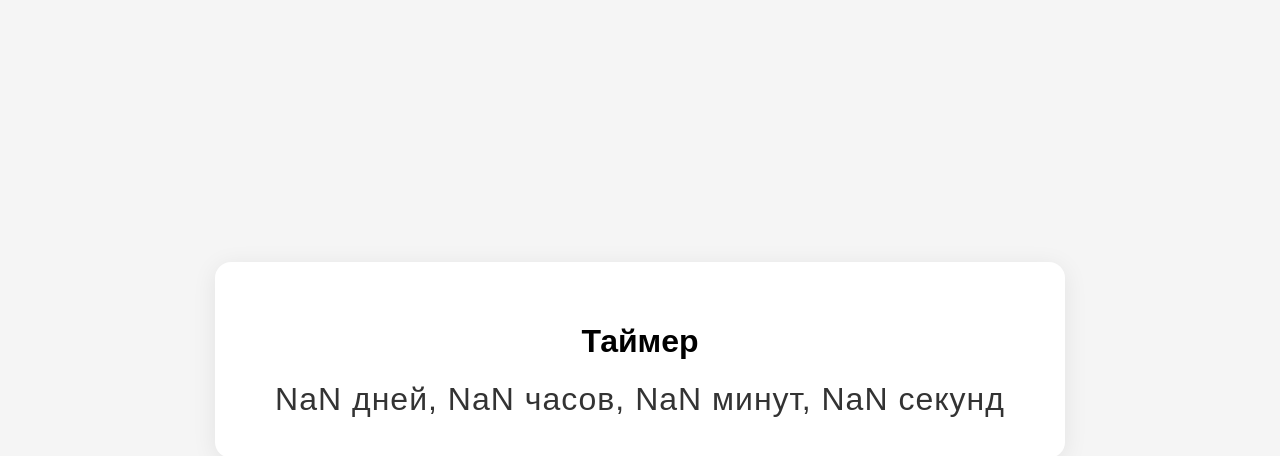
Repository: oncube-dev/OnCube-dev_website
Page: timer_from_Poli_video/app/templates/index.html
The author's editor kept a copy of each file at every save. The page is drawn from the files as they stood at one save, then again after the next save.
The browser window is 1280 px wide. The pictures show the whole page.

Above is the page before, as saved 2025-07-18 00:49:52.

After the next save:
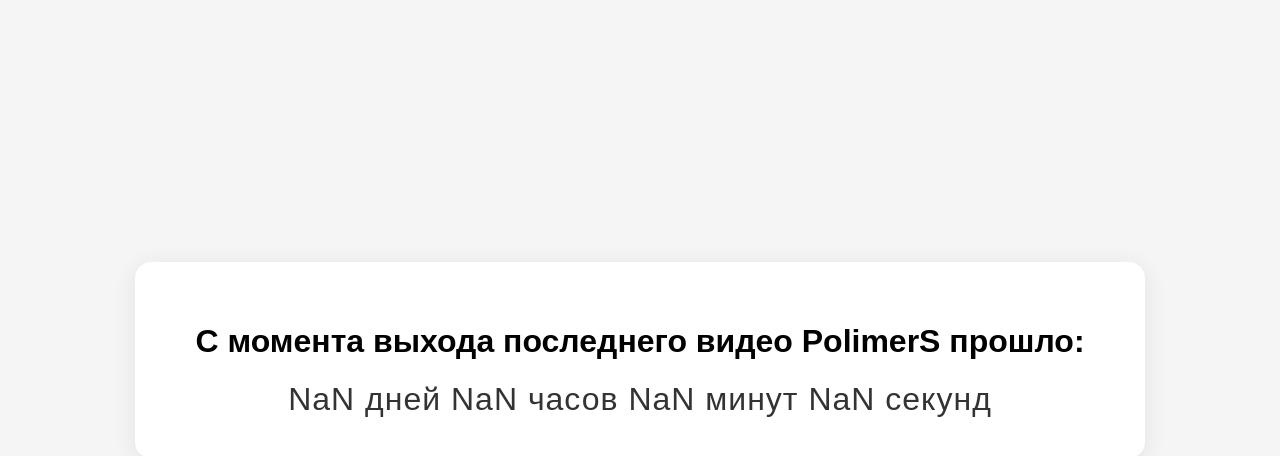
Saved 12 min 42 s later.
--- a/timer_from_Poli_video/app/templates/index.html
+++ b/timer_from_Poli_video/app/templates/index.html
@@ -7,7 +7,7 @@
 </head>
 <body>
     <div class="timer-container">
-        <h1>Таймер</h1>
+        <h1>С момента выхода последнего видео PolimerS прошло:</h1>
         <div id="timer">Загрузка...</div>
     </div>
     <script>
@@ -24,7 +24,7 @@
             seconds %= 3600;
             const minutes = Math.floor(seconds / 60);
             seconds %= 60;
-            document.getElementById('timer').textContent = `${days} дней, ${hours} часов, ${minutes} минут, ${seconds} секунд`;
+            document.getElementById('timer').textContent = `${days} дней ${hours} часов ${minutes} минут ${seconds} секунд`;
         }
         setInterval(updateTimer, 1000);
         updateTimer();
